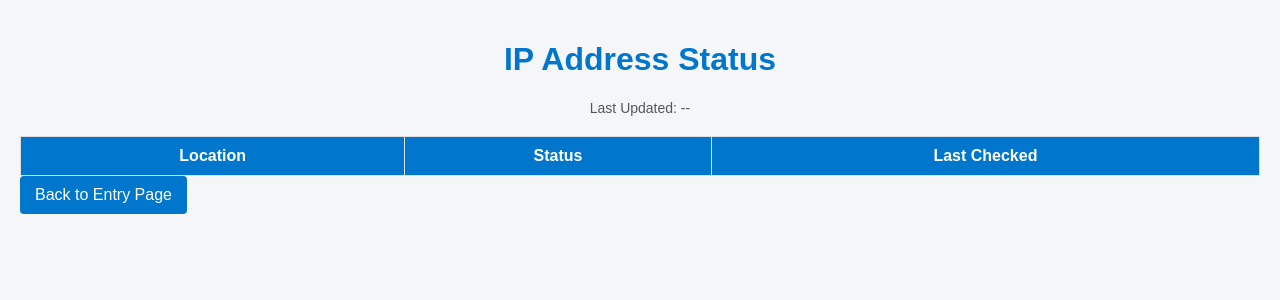
Repository: BanavasiPrakash/radminnetworkping
Page: src/main/resources/static/status.html
These files come from the project's save history. The page is drawn as it stood at one moment and after the next save; the edit follows.
The browser window is 1280 px wide. The pictures show the whole page.
The page's requests for data from a server got no answer.

Above is the page before, as saved 2025-08-19 11:28:10.

After the next save:
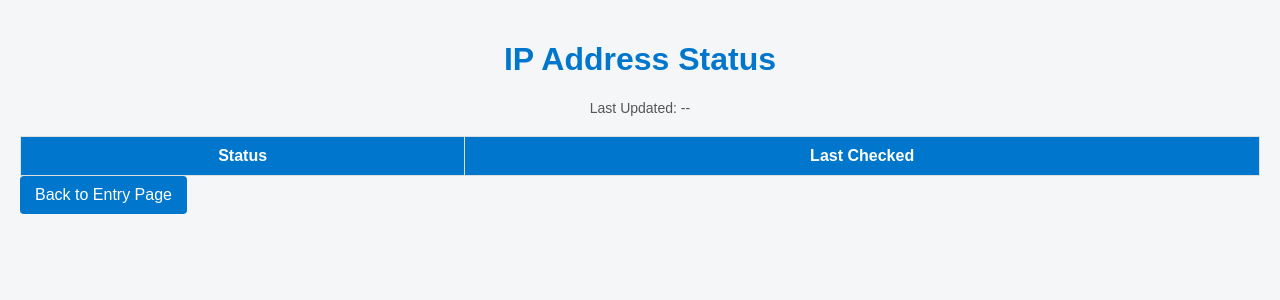
Saved 4 h 28 min later.
--- a/src/main/resources/static/status.html
+++ b/src/main/resources/static/status.html
@@ -17,7 +17,7 @@
         <table id="statusTable">
             <thead>
                 <tr>
-                    <th>Location</th>
+                    <!-- <th>Location</th> -->
                     <th>Status</th>
                     <th>Last Checked</th>
                 </tr>
